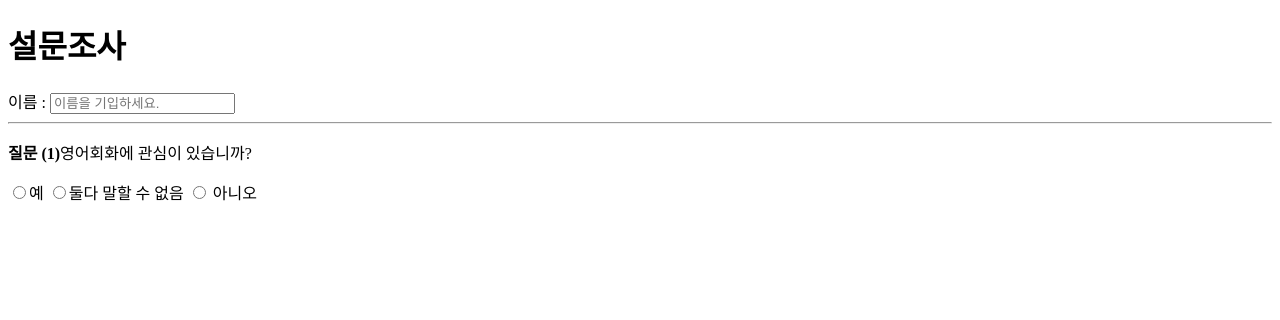
Repository: suhong99/htmlLecture
Page: cssWork1/src/main/webapp/indext5.html
The author's editor kept a copy of each file at every save. The page is drawn from the files as they stood at one save, then again after the next save.
The browser window is 1280 px wide. The pictures show the whole page.

Above is the page before, as saved 2023-06-22 07:20:37.

### cssWork1/src/main/webapp/indext5.html
<!DOCTYPE html>
<html>
<head>
<meta charset="UTF-8">
<title>Insert title here</title>
</head>
<body>
<form>
	<h1>설문조사</h1>
	<div>이름 : <input placeholder="이름을 기입하세요."/></div>
	<hr>
	<p><b>질문 (1)</b>영어회화에 관심이 있습니까?</p>
	<div>
		<input type="radio" name="english">예
		<input type="radio" name="english">둘다 말할 수 없음
		<input type="radio" name="english"> 아니오
	</div>

</form>
</body>
</html>

After the next save:
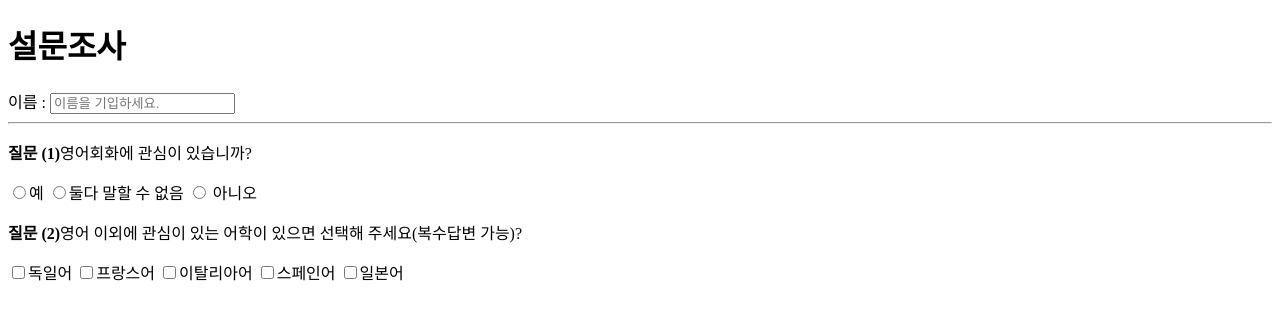
Saved 87 s later.
--- a/cssWork1/src/main/webapp/indext5.html
+++ b/cssWork1/src/main/webapp/indext5.html
@@ -15,7 +15,15 @@
 		<input type="radio" name="english">둘다 말할 수 없음
 		<input type="radio" name="english"> 아니오
 	</div>
+	<p><b>질문 (2)</b>영어 이외에 관심이 있는 어학이 있으면 선택해 주세요(복수답변 가능)?</p>
+		<div>
+		<input type="checkbox" name="otherLanguage">독일어
+		<input type="checkbox" name="otherLanguage">프랑스어
+		<input type="checkbox" name="otherLanguage">이탈리아어
+		<input type="checkbox" name="otherLanguage">스페인어
+		<input type="checkbox" name="otherLanguage">일본어
 
+	</div>
 </form>
 </body>
 </html>
